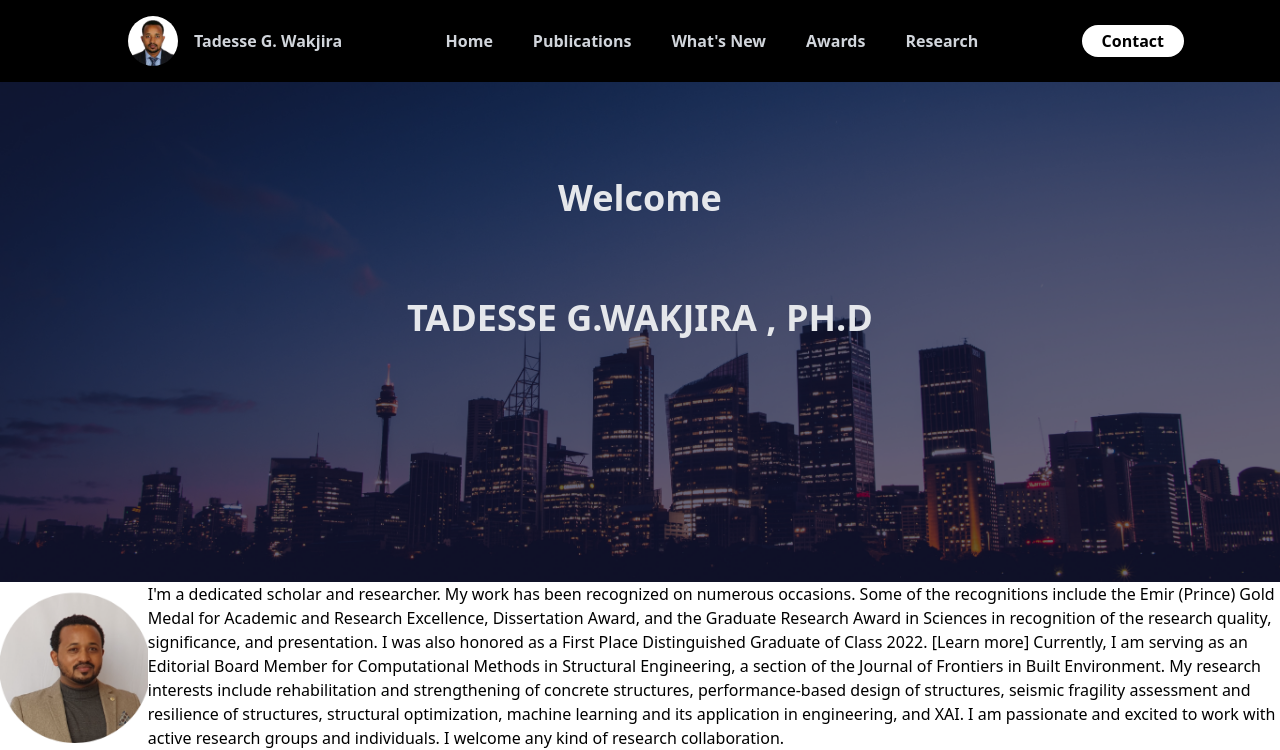
Repository: Elias-Kibret/Tade-portfoilo
Page: /
These files come from the project's save history. The page is drawn as it stood at one moment and after the next save; the edit follows.
The browser window is 1280 px wide. The pictures show the whole page.
The project was rebuilt for these pictures with package versions that can differ from the ones it lists, and the page was loaded fresh each time. The framework's server and built-in components were replaced by stand-ins that run in the browser. Also part of the build but not shown: next.config.js.

Above is the page before, as saved 2022-06-28 01:52:24.

### pages/index.tsx
import type { NextPage } from 'next'
import Head from 'next/head'
import Image from 'next/image'
import About from '../components/About'
import Header from '../components/Header'
import Hero from '../components/Hero'
const Home: NextPage = () => {
  return (
    <div>
      <Head>
        <title>Create Next App</title>
        <link rel="icon" href="/favicon.ico" />
      </Head>
      <Header/>
      <Hero/>
      <About/>
    </div>
  )
}

export default Home

### styles/globals.css
@tailwind base;
@tailwind components;
@tailwind utilities;

.hero{
    width:100%;
    height:500px;
    background-image: url('../public/Img/BG.jpg');
    background-size: cover;
    background-position: center;
    background-position: center;
    background-repeat: no-repeat;

}
.hero-cover{
    width:100%;
    height:500px;
    background: rgba(2,0,36,0.6);
background: linear-gradient(90deg, rgba(21, 20, 44, 0.7) 0%, rgba(18, 18, 41, 0.7).7) 35%, rgba(241, 246, 247, 0.8) 100%);
}

### components/About.tsx
import Image from 'next/image'
import profileImage from '../public/Img/Profile.png'
const About = () => {
  return (
    <section className='flex justify-between items-center '>
        <div className='w-3/4'>
        <Image  src={profileImage} width={200} height={200} alt="Tadessa G.wakjira"/>
        </div>
        <div>
           <p>
           I'm a dedicated scholar and researcher. My work has been recognized on numerous occasions. Some of the recognitions include the Emir (Prince) Gold Medal for Academic and Research Excellence, Dissertation Award, and the Graduate Research Award in Sciences in recognition of the research quality, significance, and presentation. I was also honored as a First Place Distinguished Graduate of Class 2022. [Learn more]

Currently, I am serving as an Editorial Board Member for Computational Methods in Structural Engineering, a section of the Journal of Frontiers in Built Environment.

My research interests include rehabilitation and strengthening of concrete structures, performance-based design of structures, seismic fragility assessment and resilience of structures, structural optimization, machine learning and its application in engineering, and XAI.

I am passionate and excited to work with active research groups and individuals. I welcome any kind of research collaboration.
           </p>
        </div>
    </section>
  )
}

export default About

### components/Header.tsx
import Head from "next/head"
import Link from "next/link"
import Image from "next/image"
import Logo from '../public/Img/Tadesse.png'
const Header = () => {
  return (
<header className=" bg-black font-semibold  pl-32 py-4 text-gray-300  ">
   <div className="flex justify-between items-center">
      <div className="flex items-center space-x-4">
    <Image src={Logo}   className="rounded-full" width={50} height={50}/>
    <span>Tadesse G. Wakjira</span>
      </div>
      <div className="flex justify-between">
        <nav className="flex list-none space-x-10  hidden md:inline-flex text-black-200">
            <li >
                <Link href="">
                    <a> Home</a>
                </Link>
            </li>
            <li>
                <Link href="">
                    <a> Publications <span></span></a>
                </Link>
            </li>
            <li>
                <Link href="">
                    <a> What's New</a>
                </Link>
            </li>
            <li>
                <Link href="">
                    <a> Awards</a>
                </Link>
            </li>
            <li>
                <Link href="">
                    <a> Research</a>
                </Link>
            </li>

        </nav>

      </div>
      <div className="mr-24 bg-white text-black px-5 py-1  rounded-full">
        <Link href=""  >
                    <a> Contact</a>
                </Link>
        </div>
    </div>
</header>
  )
}

export default Header

### components/Hero.tsx
import heroImage from '../public/Img/Hr.png'
import Image from 'next/image'
const Hero = () => {
  return (
<main  >
<div className='hero h-auto'>

<div className='text-gray-200 hero-cover font-bold   py-24 w-1/2 text-center text-4xl'>
  <div>
  <h1>Welcome</h1>
  <h2 className='py-20'>TADESSE G.WAKJIRA , PH.D</h2>
  </div>

</div>
</div>
</main>
  )
}

export default Hero

Loaded but not shown: pages/_app.tsx (common file); tailwind.config.js (common file)

After the next save:
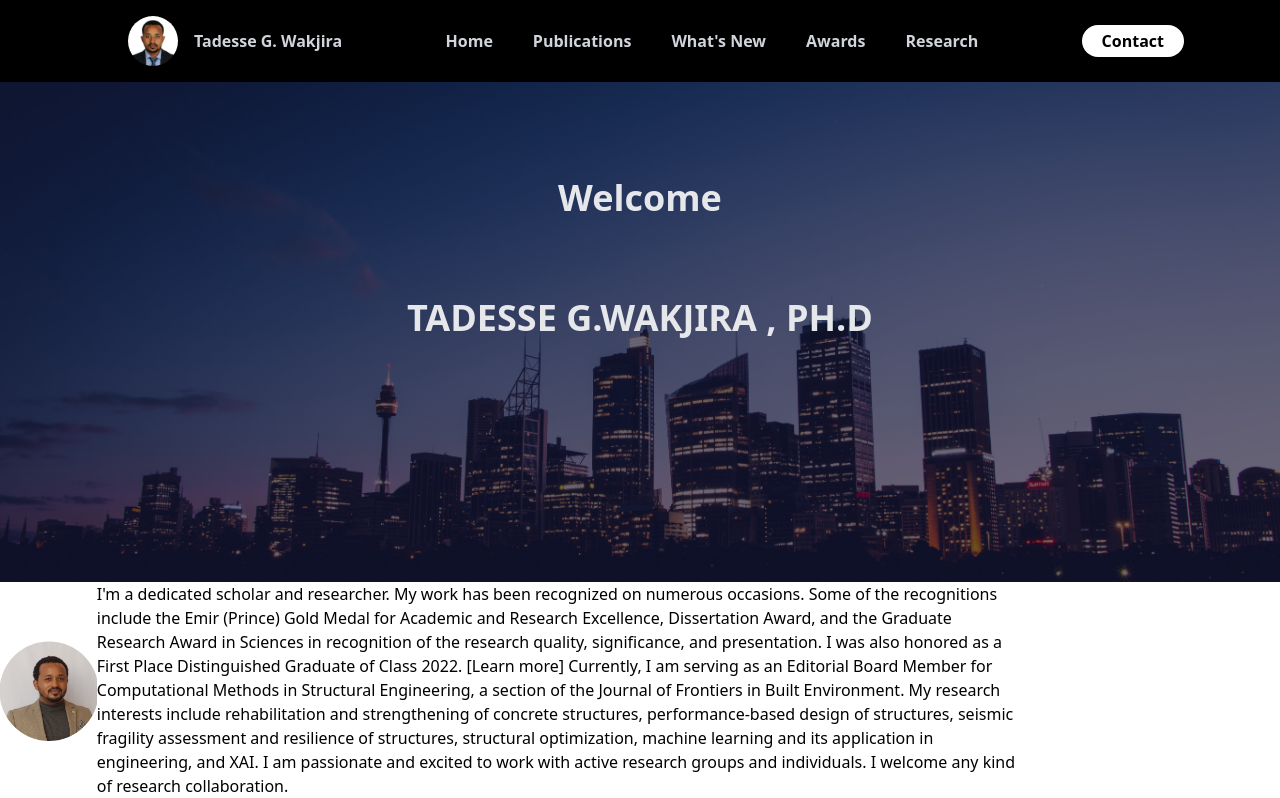
Saved 21 s later.
--- a/components/About.tsx
+++ b/components/About.tsx
@@ -2,7 +2,7 @@ import Image from 'next/image'
 import profileImage from '../public/Img/Profile.png'
 const About = () => {
   return (
-    <section className='flex justify-between items-center '>
+    <section className='flex justify-between items-center w-4/5 '>
         <div className='w-3/4'>
         <Image  src={profileImage} width={200} height={200} alt="Tadessa G.wakjira"/>
         </div>
